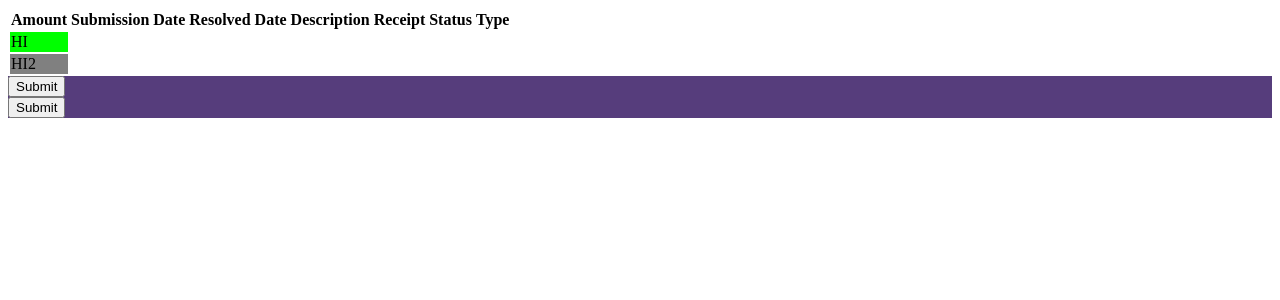
Repository: AlexHajek93/Workspace
Page: http://localhost/ERS_Web/Test.jsp
An editor plug-in stored every save of this project. The page is shown before and after the next save, followed by the edit.
The browser window is 1280 px wide. The pictures show the whole page.
The page is served by Tomcat 9. Other server files are loaded and not shown.

Above is the page before, as saved 2016-08-11 23:30:26.

### ERS_Web/WebContent/Test.jsp
<%@ page language="java" contentType="text/html; charset=ISO-8859-1"
    pageEncoding="ISO-8859-1"%>
<!DOCTYPE html PUBLIC "-//W3C//DTD HTML 4.01 Transitional//EN" "http://www.w3.org/TR/html4/loose.dtd">
<html>
<head>
<meta http-equiv="Content-Type" content="text/html; charset=ISO-8859-1">
<title>Insert title here</title>
</head>
<body>
	<table class="table">
		<tr style=""><th>Amount</th>
		<th>Submission Date</th>
		<th>Resolved Date</th>
		<th>Description</th>
		<th>Receipt</th>
		<th>Status</th>
		<th>Type</th></tr>
		<tr style="background-color:lime;"><td>HI</td></tr>
		<tr style="background-color:gray;"><td>HI2</td></tr>
	</table>
	<form action="test.do" method="post" style="color:#fff; background-color: #563d7c; border-color: #563d7c;"><input type="submit"/></form>
	<form action="test.do" method="post" style="color:#fff; background-color: #563d7c; border-color: #563d7c;"><input type="submit"/></form>
</body>
</html>

After the next save:
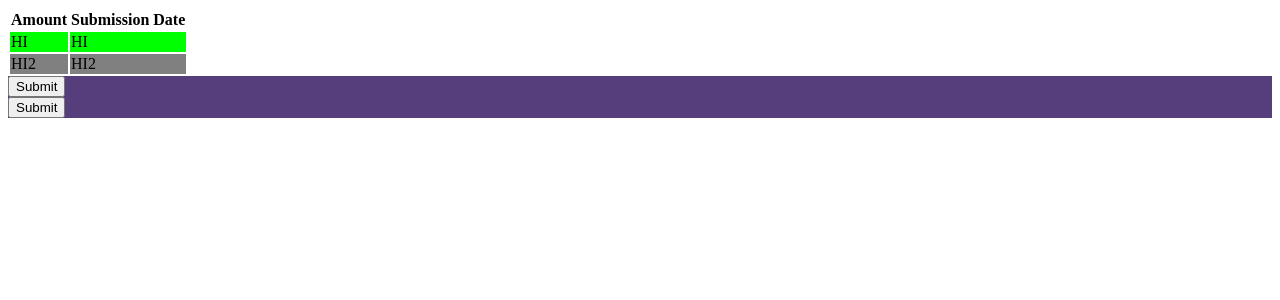
Saved 68 s later.
--- a/ERS_Web/WebContent/Test.jsp
+++ b/ERS_Web/WebContent/Test.jsp
@@ -9,14 +9,9 @@
 <body>
 	<table class="table">
 		<tr style=""><th>Amount</th>
-		<th>Submission Date</th>
-		<th>Resolved Date</th>
-		<th>Description</th>
-		<th>Receipt</th>
-		<th>Status</th>
-		<th>Type</th></tr>
-		<tr style="background-color:lime;"><td>HI</td></tr>
-		<tr style="background-color:gray;"><td>HI2</td></tr>
+		<th>Submission Date</th></tr>
+		<tr style="background-color:lime;"><td>HI</td><td>HI</td></tr>
+		<tr style="background-color:gray;"><td>HI2</td><td>HI2</td></tr>
 	</table>
 	<form action="test.do" method="post" style="color:#fff; background-color: #563d7c; border-color: #563d7c;"><input type="submit"/></form>
 	<form action="test.do" method="post" style="color:#fff; background-color: #563d7c; border-color: #563d7c;"><input type="submit"/></form>
